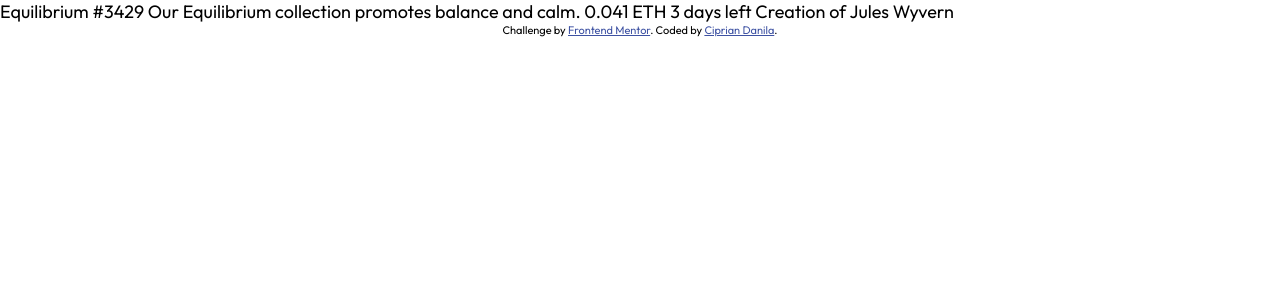
Repository: cipdanila/NFT-preview-card-component
Page: index.html
An editor plug-in stored every save of this project. The page is shown before and after the next save, followed by the edit.
The browser window is 1280 px wide. The pictures show the whole page.

Above is the page before, as saved 2024-01-26 18:51:21.

### index.html
<!DOCTYPE html>
<html lang="en">
<head>
  <meta charset="UTF-8">
  <meta name="viewport" content="width=device-width, initial-scale=1.0"> <!-- displays site properly based on user's device -->

  <link rel="icon" type="image/png" sizes="32x32" href="./images/favicon-32x32.png">
  <link rel="stylesheet" href="style.css">
  <title>Frontend Mentor | NFT preview card component</title>

</head>
<body>
  <main>
    <div class="container"></div>
  </main>

  Equilibrium #3429

  Our Equilibrium collection promotes balance and calm.

  0.041 ETH
  3 days left

  Creation of Jules Wyvern

  <footer>
    <div class="attribution">
        Challenge by
        <a
            href="https://www.frontendmentor.io/challenges/nft-preview-card-component-SbdUL_w0U"
            target="_blank"
            rel="noopener noreferer"
            >Frontend Mentor</a
        >. Coded by <a href="https://github.com/cipdanila" target="_blank" rel="noopener noreferer">Ciprian Danila</a>.
    </div>
</footer>
  </div>
</body>
</html>

### style.css
@import url("https://fonts.googleapis.com/css2?family=Outfit:wght@300;400;600&display=swap");

:root {
    /* Colors */
    /* Primary */
    --soft-blue: hsl(215, 51%, 70%);
    --cyan: hsl(178, 100%, 50%);            /* active states */
    /* Neutrals */
    --very-dark-blue: hsl(217, 54%, 11%);   /* main background */
    --very-dark-blue: hsl(216, 50%, 16%);   /* card background */
    --very-dark-blue: hsl(215, 32%, 27%);   /* paragraph */
    --white: hsl(0, 0%, 100%);              /* title */
}

* {
    margin: 0;
    padding: 0;
    box-sizing: border-box;
}

body {
    display: flex;
    flex-direction: column;
    font-family: 'Outfit', sans-serif;
    font-size: 18px;
}

.attribution {
    font-size: 11px;
    text-align: center;
}
.attribution a {
    color: hsl(228, 45%, 44%);
}

After the next save:
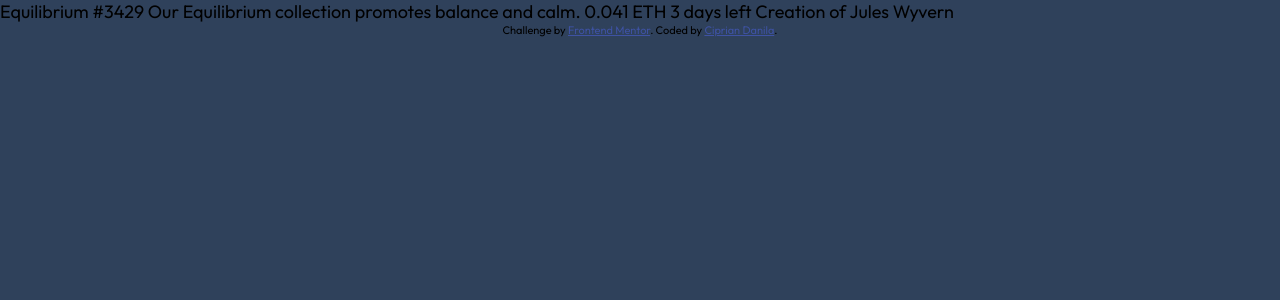
Saved 53 s later.
--- a/style.css
+++ b/style.css
@@ -6,8 +6,8 @@
     --soft-blue: hsl(215, 51%, 70%);
     --cyan: hsl(178, 100%, 50%);            /* active states */
     /* Neutrals */
-    --very-dark-blue: hsl(217, 54%, 11%);   /* main background */
-    --very-dark-blue: hsl(216, 50%, 16%);   /* card background */
+    --very-dark-blue-main: hsl(217, 54%, 11%);   /* main background */
+    --very-dark-blue-card: hsl(216, 50%, 16%);   /* card background */
     --very-dark-blue: hsl(215, 32%, 27%);   /* paragraph */
     --white: hsl(0, 0%, 100%);              /* title */
 }
@@ -23,6 +23,7 @@
     flex-direction: column;
     font-family: 'Outfit', sans-serif;
     font-size: 18px;
+    background-color: var(--very-dark-blue);
 }
 
 .attribution {
